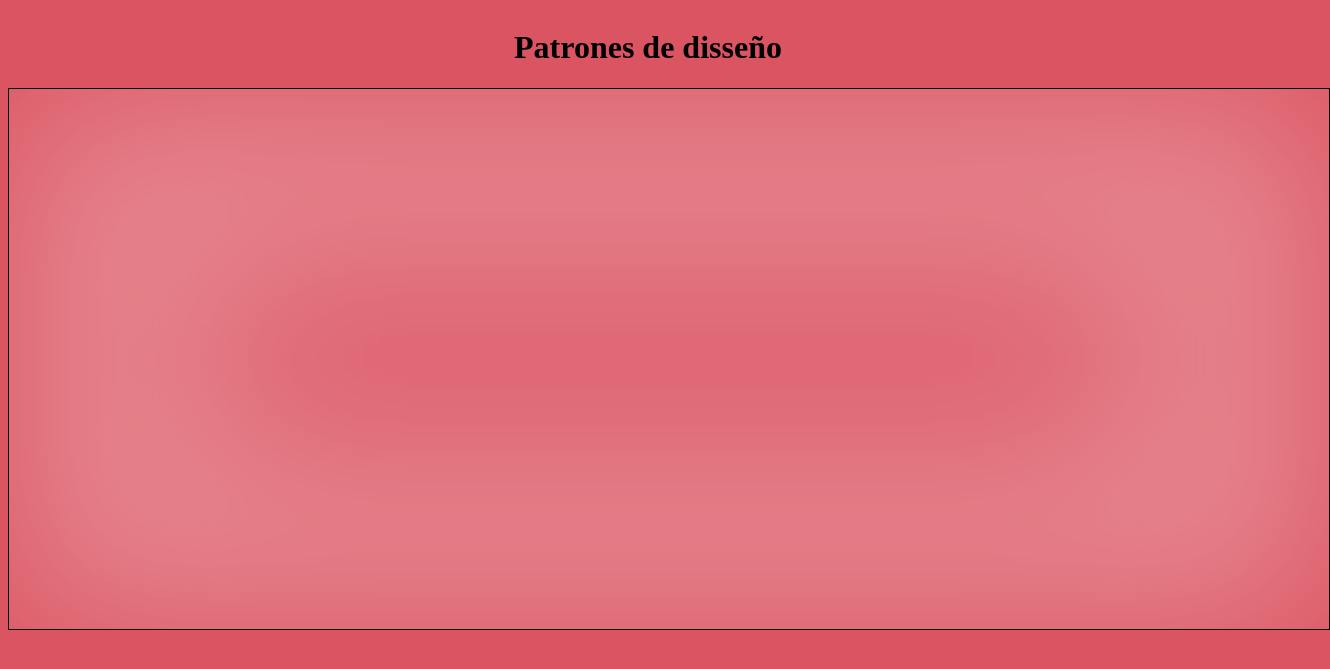
Repository: nrsWebs/design-pattern-es
Page: index.html
These files come from the project's save history. The page is drawn as it stood at one moment and after the next save; the edit follows.
The browser window is 1280 px wide. The page is 1330 px wide, then 1328 px, so the pictures cover 1330 px, including what lies to the right of the window. The pictures show the whole page.

Above is the page before, as saved 2021-02-06 18:30:20.

### index.html
<!DOCTYPE html>
<html>
<head>
<script src="https://ajax.googleapis.com/ajax/libs/jquery/3.5.1/jquery.min.js"></script>
<link rel="stylesheet" href="source/main.css">
</head>
<body>
    <div class="main-content">
        <h1>Patrones de disseño</h1>
        <div class="box">
            <div class="glass"></div>
            <div class=""></div>
        </div>
    </div>
</body>
<script>
$(document).ready(function(){
    setTimeout(function(){
        $("p").hide();
    }, 5000);
});
</script>
</html>

### source/main.css
:root {
    --main: #FAFAFA;
    --secondary: rgba(64, 168, 242, 0.35);
    --auxiliar: #DB5461;
    --test: rgba(219, 84, 97, 0.3)
  }
body {
    background-color: var(--auxiliar);
    display: flex;
    justify-content: center;
    width: 100%;
}
.main-content{
    display: flex;
    flex-direction: column;
    justify-content: space-around;
    width: 100%;
    max-width: 1440px;
}
h1{
    text-align: center;
}
.box {
    display: flex;
    flex-direction: column;
    justify-content: space-around;
    width: 100%;
    padding: 20px;
    height: 500px;
    border: 1px solid black;
    position: relative;
    overflow: hidden;
}
/* GLASS EFFECT */
.glass{
    background: inherit;
    width: 100%;
    height: 100%;
}
.glass:before {
    content: '';
    width: 100%;
    height: 100%;
    background: inherit;
    position: absolute;
    left: 0;
    right: 0;
    top: 0;
    bottom: 0;
    box-shadow: inset 0 0 0 200px rgba(255,255,255,0.3);
    filter: blur(90px);
}

After the next save:
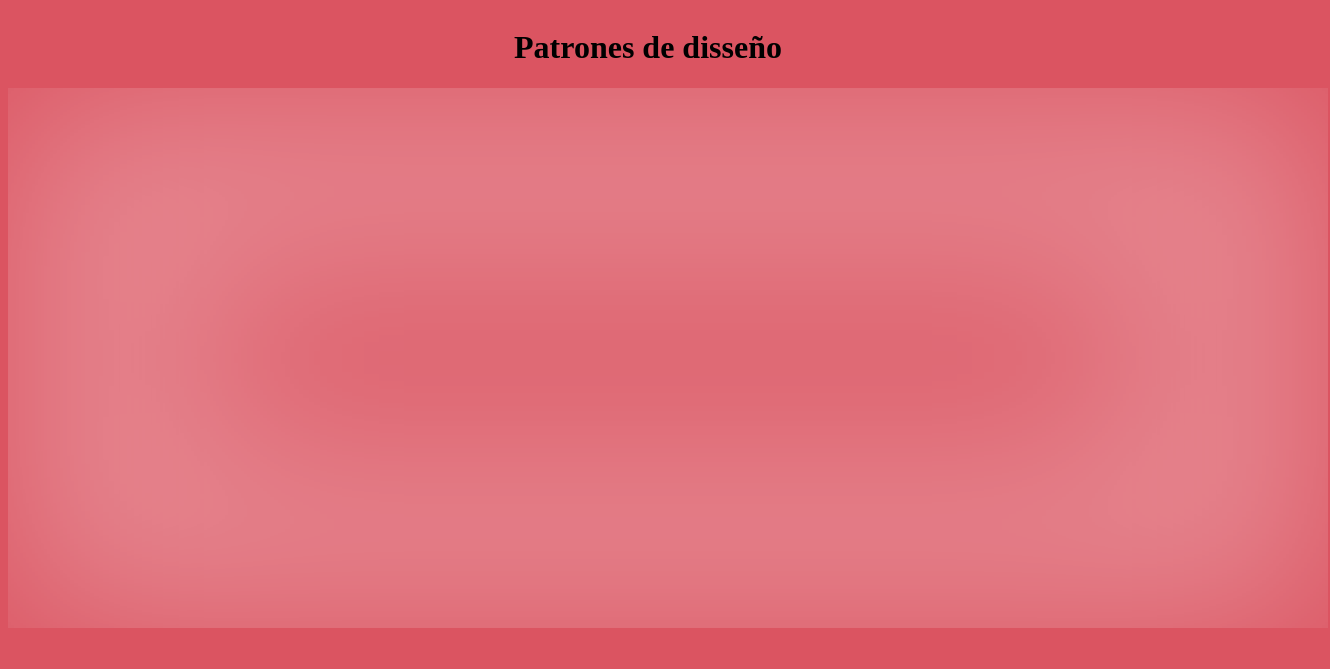
Saved 20 s later.
--- a/source/main.css
+++ b/source/main.css
@@ -27,7 +27,6 @@ h1{
     width: 100%;
     padding: 20px;
     height: 500px;
-    border: 1px solid black;
     position: relative;
     overflow: hidden;
 }
@@ -49,4 +48,5 @@ h1{
     bottom: 0;
     box-shadow: inset 0 0 0 200px rgba(255,255,255,0.3);
     filter: blur(90px);
+    border-radius: 5px;
 }
